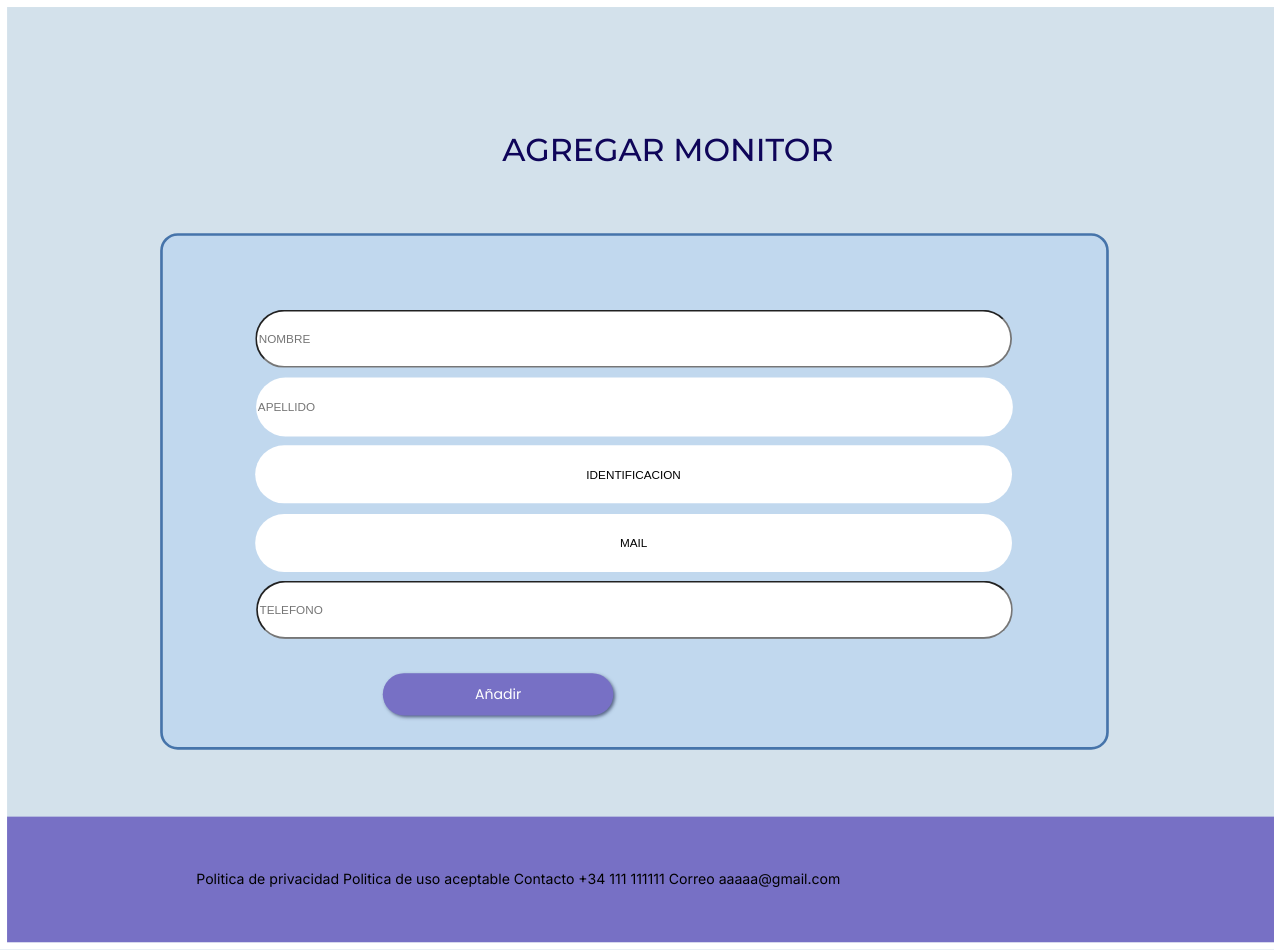
Repository: maariadomiingo/Proyecto-Integrador-Campamento
Page: html/agregarMonitor.html
The author's editor kept a copy of each file at every save. The page is drawn from the files as they stood at one save, then again after the next save.
The browser window is 1280 px wide. The page is 1448 px wide, so the pictures cover 1448 px, including what lies to the right of the window. The pictures show the whole page, at 88% of full size.

Above is the page before, as saved 2025-02-12 11:41:34.

### html/agregarMonitor.html
<!DOCTYPE html>
<html lang="en">
  <head>
    <meta charset="UTF-8" />
    <meta name="viewport" content="width=device-width, initial-scale=1.0" />
    <title>Ahregar Monitor</title>
    <link rel="stylesheet" href="https://fonts.googleapis.com/css2?family=Montserrat:wght@500&display=swap" />
<link rel="stylesheet" href="https://fonts.googleapis.com/css2?family=Poppins:wght@400&display=swap" />
<link rel="stylesheet" href="https://fonts.googleapis.com/css2?family=Inter:wght@400&display=swap" />
    <link rel="stylesheet" href="../css/agregarMonitor.css" />
  </head>
  <body>
    <div class="main-container">
      <span class="span">AGREGAR MONITOR</span>
      <div class="fondo">
<!-- LOGO-->
<img src="../img/logo sin fondo.png" class="logo" />

<div class="caja-azul">

</div>

      </div>


      <input type="text" class="rectangle-6" name="nombre" placeholder="NOMBRE">
      <input type="text" class="rectangle-7" name="apellido" placeholder="APELLIDO">
      <input type="email" class="rectangle-8" name="mail" placeholder="MAIL">
      <input type="text" class="rectangle-9" name="telefono" placeholder="TELEFONO">

      <button class="rectangle-button">IDENTIFICACION</button>
      <button class="rectangle-button-8">MAIL</button>
      <button class="primary-buttons">
        <span class="button">Añadir</span>
      </button>
      <div class="rectangle-a"></div>
      <span class="politica-de-privacidad">Politica de privacidad Politica de uso aceptable Contacto +34 111 111111 Correo aaaaa@gmail.com</span>
    </div>
  </body>
</html>

### css/agregarMonitor.css
:root {
    --default-font-family: -apple-system, BlinkMacSystemFont, "Segoe UI", Roboto,
      Ubuntu, "Helvetica Neue", Helvetica, Arial, "PingFang SC",
      "Hiragino Sans GB", "Microsoft Yahei UI", "Microsoft Yahei",
      "Source Han Sans CN", sans-serif;
  }

  .main-container {
    overflow: hidden;
  }

  .main-container,
  .main-container * {
    box-sizing: border-box;
  }

  input,
  select,
  textarea,
  button {
    outline: 0;
  }

  .main-container {
    position: relative;
    width: 1440px;
    height: 1063px;
    margin: 0 auto;
  }
  .fondo {
    position: relative;
    width: 100%;
    height: 100%;
    top: 0;
    left: 0;
    background: #d3e1eb;
  }
  .logo {
    position: relative;
    width: 5px;
    height: 5px;
    top: -5%;
    left: 30%;
    z-index: 19;
  }

  .div {
    position: absolute;
    width: 19px;
    height: 21px;
    top: 56px;
    left: 84px;
    background: url(./assets/images/1e01157a333e1bec54a9393a8e8dd6b13038c27c.png)
      no-repeat center;
    background-size: cover;
    z-index: 20;
  }
  .div-2 {
    position: absolute;
    width: 24px;
    height: 29px;
    top: 63px;
    left: 1321px;
    background: url(./assets/images/d1984de478cfebaa95ada4a339a47bb648a589b3.png)
      no-repeat center;
    background-size: cover;
    z-index: 22;
  }
  .div-3 {
    position: absolute;
    width: 114px;
    height: 82px;
    top: 119px;
    left: 451px;
    background: url(./assets/images/a8f32849-de26-4fc5-b416-357a4538ae3c.png)
      no-repeat center;
    background-size: cover;
    z-index: 1;
  }
  .span {
    display: flex;
    align-items: flex-start;
    justify-content: center;
    position: absolute;
    width: 636px;
    height: 116px;
    top: 141px;
    left: 433px;
    color: #0f0559;
    font-family: Montserrat, var(--default-font-family);
    font-size: 36px;
    font-weight: 500;
    line-height: 43.884px;
    text-align: center;
    z-index: 3;
  }
  .div-4 {
    position: absolute;
    width: 27px;
    height: 23px;
    top: 157px;
    left: 508px;
    background: url(./assets/images/5f671df9ca895acd896dd721997735885d389190.png)
      no-repeat center;
    background-size: cover;
    z-index: 2;
  }
  .caja-azul {
    position: absolute;
    width: 1078px;
    height: 587px;
    top: 257px;
    left: 174px;
    background: rgba(176, 207, 241, 0.5);
    border: 3px solid #4674aa;
    z-index: 4;
    border-radius: 20px;
  }
  .rectangle-6 {
    position: absolute;
    width: 860px;
    height: 66px;
    top: 344px;
    left: 282px;
    background: #ffffff;
    z-index: 11;
    overflow: hidden;
    border-radius: 50px;
  }
  .nombre {
    display: flex;
    align-items: flex-start;
    justify-content: flex-start;
    position: absolute;
    height: 21px;
    top: 366px;
    left: 343px;
    color: #000000;
    font-family: Inter, var(--default-font-family);
    font-size: 24px;
    font-weight: 400;
    line-height: 21px;
    text-align: left;
    white-space: nowrap;
    z-index: 12;
  }
  .rectangle-7 {
    position: absolute;
    width: 860px;
    height: 67px;
    top: 421px;
    left: 283px;
    cursor: pointer;
    background: #ffffff;
    border: none;
    z-index: 7;
    border-radius: 50px;
  }
  .apellido {
    display: flex;
    align-items: flex-start;
    justify-content: flex-start;
    position: absolute;
    height: 21px;
    top: 444px;
    left: 343px;
    color: #000000;
    font-family: Inter, var(--default-font-family);
    font-size: 24px;
    font-weight: 400;
    line-height: 21px;
    text-align: left;
    white-space: nowrap;
    z-index: 13;
  }
  .rectangle-button {
    position: absolute;
    width: 860px;
    height: 66px;
    top: 498px;
    left: 282px;
    cursor: pointer;
    background: #ffffff;
    border: none;
    z-index: 10;
    border-radius: 50px;
  }
  .identificacion {
    display: flex;
    align-items: flex-start;
    justify-content: flex-start;
    position: absolute;
    height: 21px;
    top: 521px;
    left: 343px;
    color: #000000;
    font-family: Inter, var(--default-font-family);
    font-size: 24px;
    font-weight: 400;
    line-height: 21px;
    text-align: left;
    white-space: nowrap;
    z-index: 16;
  }
  .rectangle-button-8 {
    position: absolute;
    width: 860px;
    height: 66px;
    top: 576px;
    left: 282px;
    cursor: pointer;
    background: #ffffff;
    border: none;
    z-index: 9;
    border-radius: 50px;
  }
  .mail {
    display: flex;
    align-items: flex-start;
    justify-content: flex-start;
    position: absolute;
    height: 21px;
    top: 597px;
    left: 343px;
    color: #000000;
    font-family: Inter, var(--default-font-family);
    font-size: 24px;
    font-weight: 400;
    line-height: 21px;
    text-align: left;
    white-space: nowrap;
    z-index: 15;
  }
  .rectangle-9 {
    position: absolute;
    width: 860px;
    height: 66px;
    top: 652px;
    left: 283px;
    background: #ffffff;
    z-index: 8;
    overflow: hidden;
    border-radius: 50px;
  }
  .telefono {
    display: flex;
    align-items: flex-start;
    justify-content: flex-start;
    position: absolute;
    height: 21px;
    top: 676px;
    left: 343px;
    color: #000000;
    font-family: Inter, var(--default-font-family);
    font-size: 24px;
    font-weight: 400;
    line-height: 21px;
    text-align: left;
    white-space: nowrap;
    z-index: 14;
  }
  .primary-buttons {
    display: flex;
    align-items: center;
    justify-content: center;
    flex-wrap: nowrap;
    gap: 16px;
    position: absolute;
    width: 262px;
    height: 48px;
    top: 757px;
    left: 427px;
    padding: 16px 16px 16px 16px;
    cursor: pointer;
    background: #7770c5;
    border: none;
    z-index: 5;
    border-radius: 32px;
    box-shadow: 2px 2px 4px 0 rgba(51, 62, 99, 0.75);
  }
  .button {
    flex-shrink: 0;
    flex-basis: auto;
    position: relative;
    height: 22px;
    color: #ffffff;
    font-family: Poppins, var(--default-font-family);
    font-size: 16px;
    font-weight: 400;
    line-height: 22px;
    text-align: left;
    white-space: nowrap;
    z-index: 6;
  }
  .rectangle-a {
    position: absolute;
    width: 1440px;
    height: 143px;
    top: 920px;
    left: 0;
    background: #7770c5;
    z-index: 17;
  }
  .politica-de-privacidad {
    display: flex;
    align-items: flex-start;
    justify-content: flex-start;
    position: absolute;
    height: 19px;
    top: 982px;
    left: 215px;
    color: #000000;
    font-family: Inter, var(--default-font-family);
    font-size: 16px;
    font-weight: 400;
    line-height: 19px;
    text-align: left;
    white-space: nowrap;
    z-index: 18;
  }

After the next save:
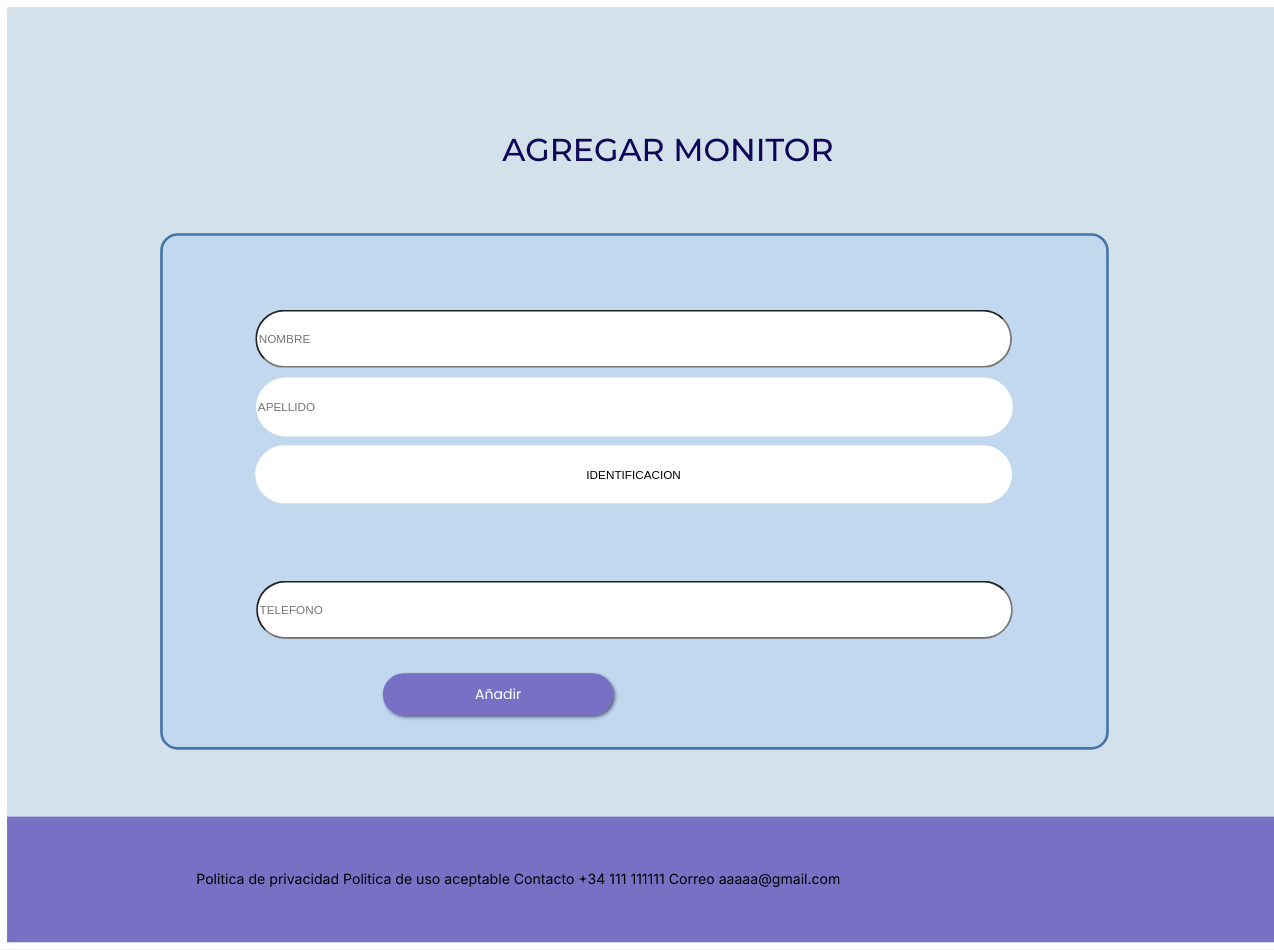
Saved 5 s later.
--- a/html/agregarMonitor.html
+++ b/html/agregarMonitor.html
@@ -29,7 +29,6 @@
       <input type="text" class="rectangle-9" name="telefono" placeholder="TELEFONO">
 
       <button class="rectangle-button">IDENTIFICACION</button>
-      <button class="rectangle-button-8">MAIL</button>
       <button class="primary-buttons">
         <span class="button">Añadir</span>
       </button>

After the save that followed:
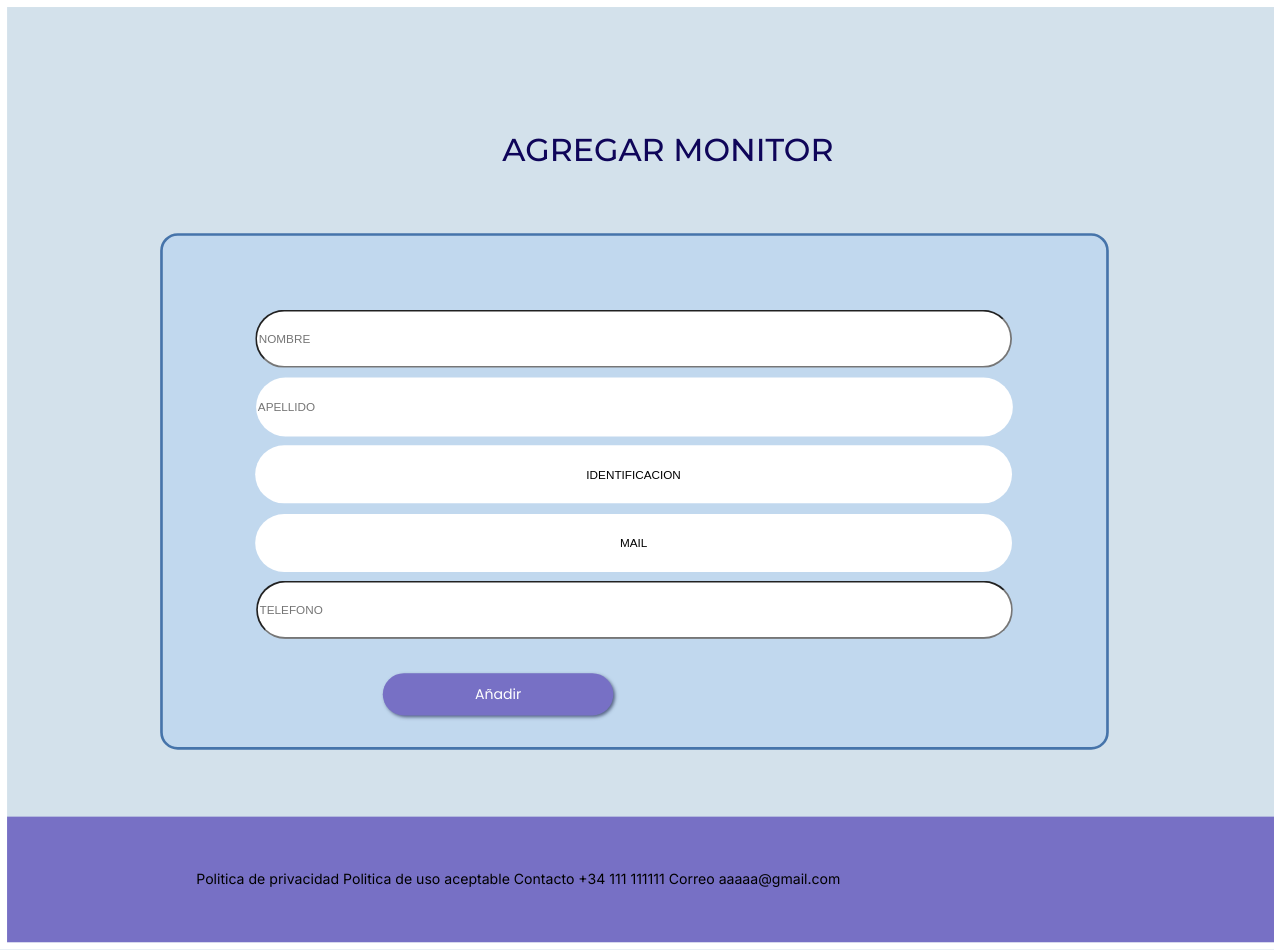
Saved 5 s later.
--- a/html/agregarMonitor.html
+++ b/html/agregarMonitor.html
@@ -29,6 +29,7 @@
       <input type="text" class="rectangle-9" name="telefono" placeholder="TELEFONO">
 
       <button class="rectangle-button">IDENTIFICACION</button>
+      <button class="rectangle-button-8">MAIL</button>
       <button class="primary-buttons">
         <span class="button">Añadir</span>
       </button>
